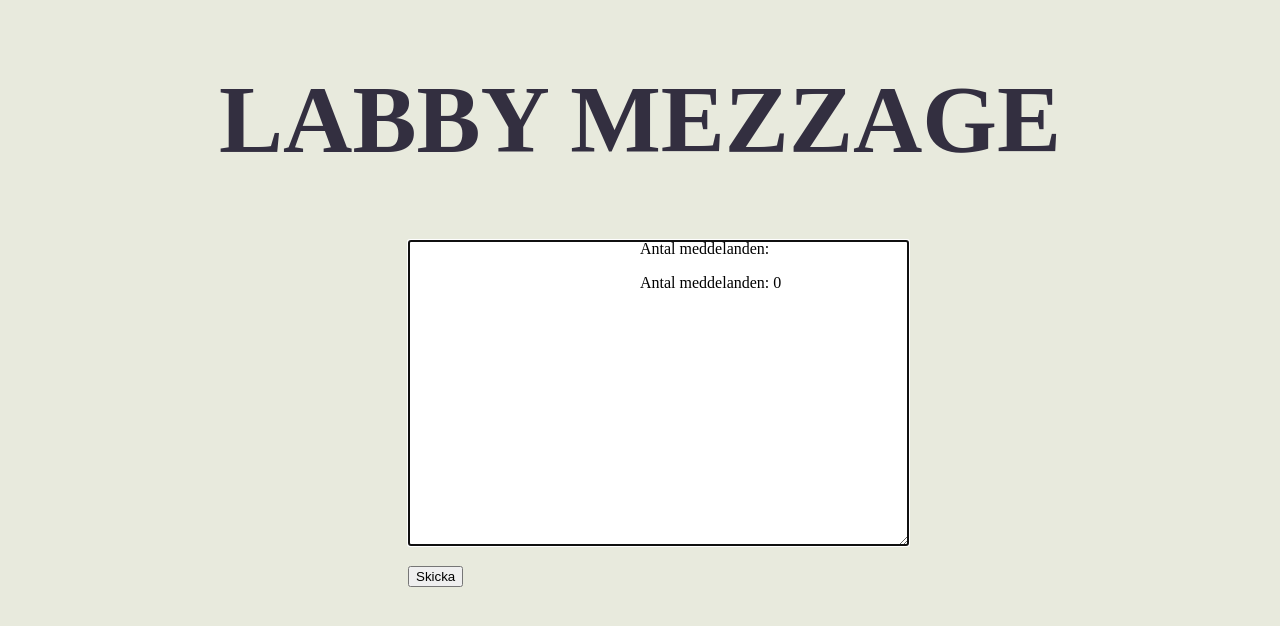
Repository: em222mt/1dv403-laborationer
Page: 2-labbymezzage/Index.html
The author's editor kept a record of every edit. The page is drawn from the files as they stood at one moment, then again after the next edit.
The browser window is 1280 px wide. The pictures show the whole page.

Above is the page before.

After the next edit:
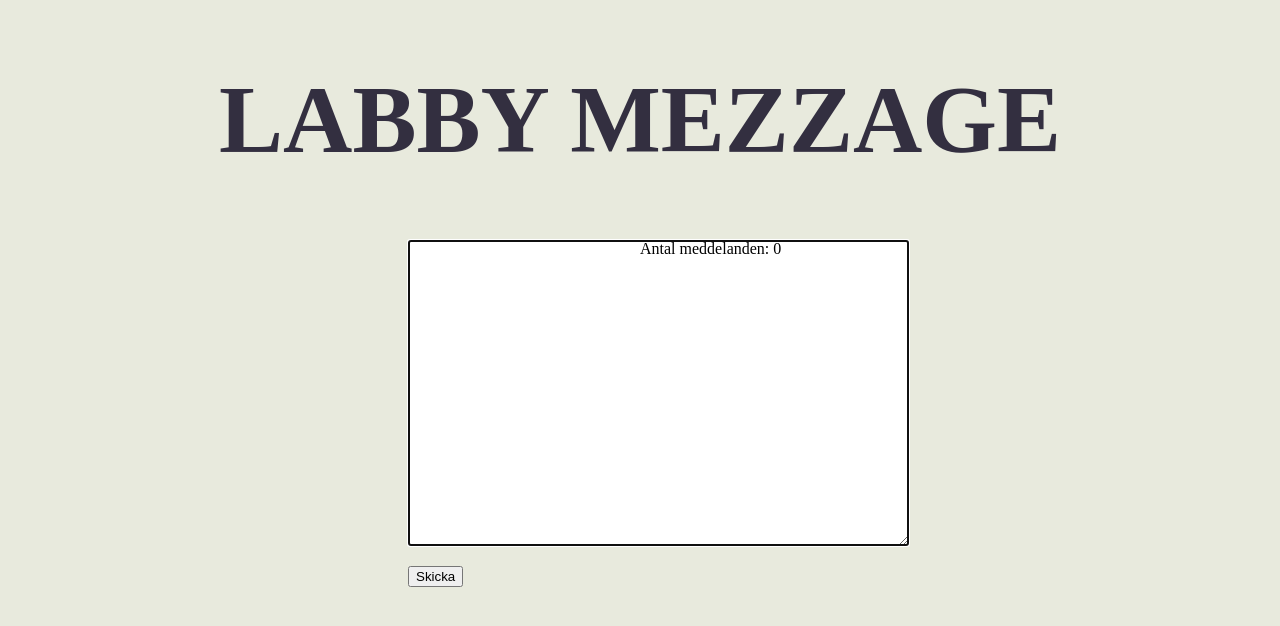
The edit:
--- a/2-labbymezzage/Index.html
+++ b/2-labbymezzage/Index.html
@@ -27,12 +27,7 @@
                 </aside>
             </div>
             <div id="countDiv">
-                <p id="counttext">
-                    <span class="nowrap">Antal meddelanden: <p id="counter"></span>
-
-
-
-                </p>
+                <p id="counter"></p>
             </div>
 
         </main>
